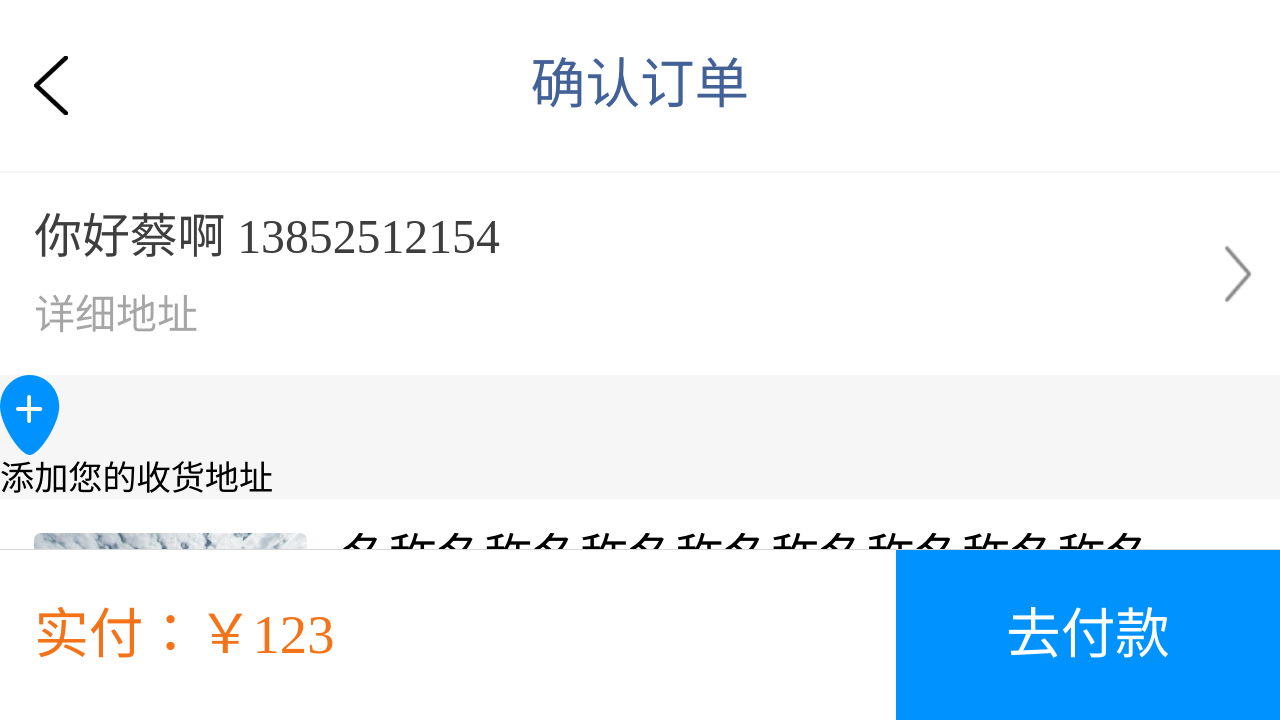
Repository: 421538074/sell
Page: consumer/confirm-order.html
The author's editor kept a copy of each file at every save. The page is drawn from the files as they stood at one save, then again after the next save.
The browser window is 1280 px wide. The pictures show the whole page.
An inner scrolling area shows only its first screen.

Above is the page before, as saved 2019-06-03 15:46:32.

After the next save:
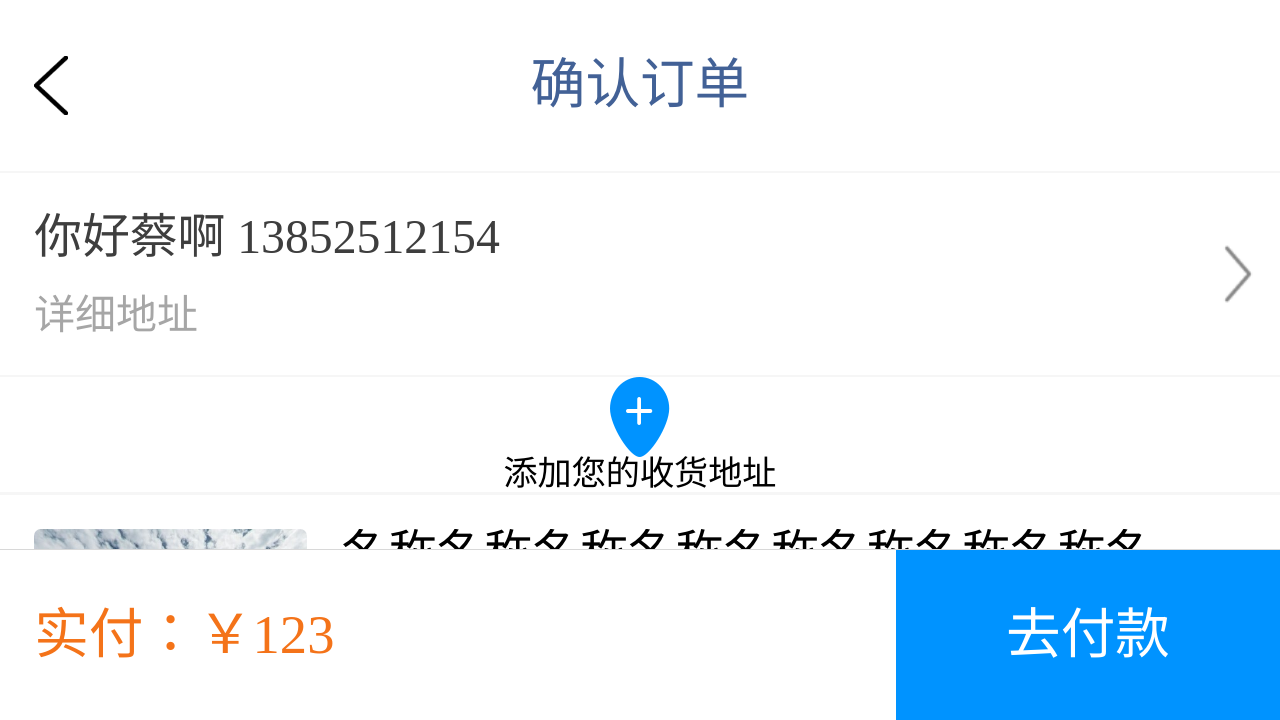
Saved 65 s later.
--- a/consumer/css/confirm-order.css
+++ b/consumer/css/confirm-order.css
@@ -139,3 +139,11 @@ p.refund {
     font-size: 1.4rem;
     border-top: 1px solid #f6f6f6;
 }
+.no-address-wrapper {
+    background: #FFFFFF;
+    border-top: 2px solid #f6f6f6;
+    display: flex;
+    align-items: center;
+    justify-content: center;
+    flex-direction: column;
+}
